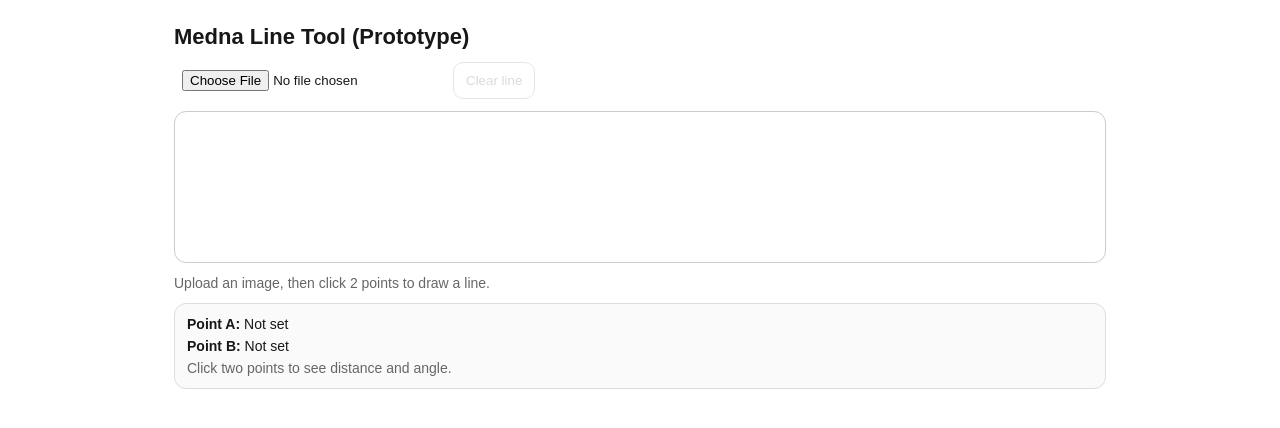
Repository: Sumaiya43/medna-tools
Page: /
The author's editor kept a copy of each file at every save. The page is drawn from the files as they stood at one save, then again after the next save.
The browser window is 1280 px wide. The pictures show the whole page.
The project was rebuilt for these pictures with package versions that can differ from the ones it lists, and the page was loaded fresh each time. The framework's server and built-in components were replaced by stand-ins that run in the browser. Also part of the build but not shown: next.config.mjs.

Above is the page before, as saved 2026-02-26 02:55:11.

After the next save:
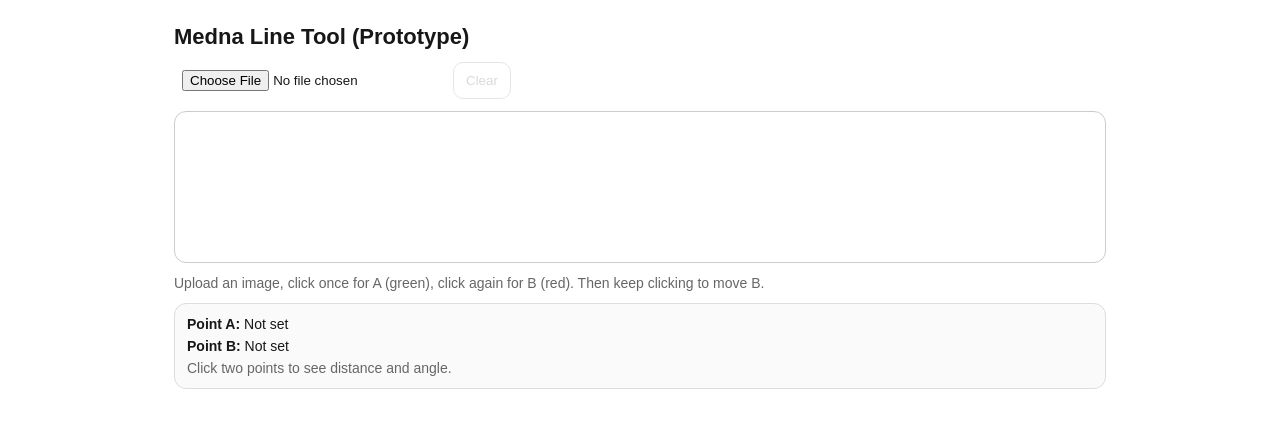
Saved 3 min 57 s later.
--- a/src/app/page.js
+++ b/src/app/page.js
@@ -7,10 +7,24 @@ export default function Home() {
   const canvasRef = useRef(null);
 
   const [imgObj, setImgObj] = useState(null);
-  const [A, setA] = useState(null); // first click point
-  const [B, setB] = useState(null); // second click point
+  const [A, setA] = useState(null);
+  const [B, setB] = useState(null);
 
-  // Draw image + (optional) line
+  // ✅ Fix click mismatch when canvas is scaled by CSS
+  function getCanvasPoint(e) {
+    const canvas = canvasRef.current;
+    const rect = canvas.getBoundingClientRect();
+
+    const scaleX = canvas.width / rect.width;
+    const scaleY = canvas.height / rect.height;
+
+    const x = (e.clientX - rect.left) * scaleX;
+    const y = (e.clientY - rect.top) * scaleY;
+
+    return { x, y };
+  }
+
+  // ✅ Draw image + dots + line
   function draw(image, a, b) {
     const canvas = canvasRef.current;
     if (!canvas) return;
@@ -18,26 +32,41 @@ export default function Home() {
     const ctx = canvas.getContext("2d");
     if (!ctx) return;
 
-    // Canvas same size as image
     canvas.width = image.width;
     canvas.height = image.height;
 
-    // Draw image
     ctx.clearRect(0, 0, canvas.width, canvas.height);
     ctx.drawImage(image, 0, 0);
 
-    // Draw ONLY the line (no circles)
+    const dotSize = 12; // ✅ Bigger dots
+
+    // Draw A dot (green)
+    if (a) {
+      ctx.beginPath();
+      ctx.arc(a.x, a.y, dotSize, 0, Math.PI * 2);
+      ctx.fillStyle = "#00b16a";
+      ctx.fill();
+    }
+
+    // Draw B dot (red)
+    if (b) {
+      ctx.beginPath();
+      ctx.arc(b.x, b.y, dotSize, 0, Math.PI * 2);
+      ctx.fillStyle = "#ff4d4d";
+      ctx.fill();
+    }
+
+    // Draw line A->B (gold)
     if (a && b) {
       ctx.beginPath();
       ctx.moveTo(a.x, a.y);
       ctx.lineTo(b.x, b.y);
-      ctx.lineWidth = 3;
-      ctx.strokeStyle = "#FFD166"; // yellow/gold
+      ctx.lineWidth = 4;
+      ctx.strokeStyle = "#FFD166";
       ctx.stroke();
     }
   }
 
-  // Upload image
   function handleUpload(e) {
     const file = e.target.files?.[0];
     if (!file) return;
@@ -54,16 +83,14 @@ export default function Home() {
     image.src = url;
   }
 
-  // Click on canvas: 1st click = A, 2nd click = B, 3rd click starts again
+  // ✅ No reset on 3rd click:
+  // - click 1 sets A
+  // - click 2 sets B
+  // - after that, each click moves B (adjust end point)
   function handleCanvasClick(e) {
     if (!imgObj) return;
 
-    const canvas = canvasRef.current;
-    const rect = canvas.getBoundingClientRect();
-
-    const x = e.clientX - rect.left;
-    const y = e.clientY - rect.top;
-    const p = { x, y };
+    const p = getCanvasPoint(e);
 
     if (!A) {
       setA(p);
@@ -77,31 +104,27 @@ export default function Home() {
       return;
     }
 
-    // start new measurement
-    setA(p);
-    setB(null);
-    draw(imgObj, p, null);
+    // move B (do NOT reset)
+    setB(p);
+    draw(imgObj, A, p);
   }
 
-  // Calculations (only when A and B exist)
+  function clearAll() {
+    if (!imgObj) return;
+    setA(null);
+    setB(null);
+    draw(imgObj, null, null);
+  }
+
+  // calculations
   let distancePx = null;
   let angleDeg = null;
 
   if (A && B) {
     const dx = B.x - A.x;
     const dy = B.y - A.y;
-
     distancePx = Math.sqrt(dx * dx + dy * dy);
-
-    // angle in degrees
     angleDeg = (Math.atan2(dy, dx) * 180) / Math.PI;
-  }
-
-  function clearPoints() {
-    if (!imgObj) return;
-    setA(null);
-    setB(null);
-    draw(imgObj, null, null);
   }
 
   return (
@@ -116,8 +139,8 @@ export default function Home() {
           onChange={handleUpload}
         />
 
-        <button className={styles.btn} onClick={clearPoints} disabled={!imgObj}>
-          Clear line
+        <button className={styles.btn} onClick={clearAll} disabled={!imgObj}>
+          Clear
         </button>
       </div>
 
@@ -131,7 +154,8 @@ export default function Home() {
 
       {!imgObj && (
         <p className={styles.note}>
-          Upload an image, then click 2 points to draw a line.
+          Upload an image, click once for A (green), click again for B (red).
+          Then keep clicking to move B.
         </p>
       )}
 
@@ -153,9 +177,6 @@ export default function Home() {
             <div>
               <b>Angle:</b> {angleDeg.toFixed(2)}°
             </div>
-            <div className={styles.tip}>
-              Tip: click again to start a new line.
-            </div>
           </>
         ) : (
           <div className={styles.tip}>
